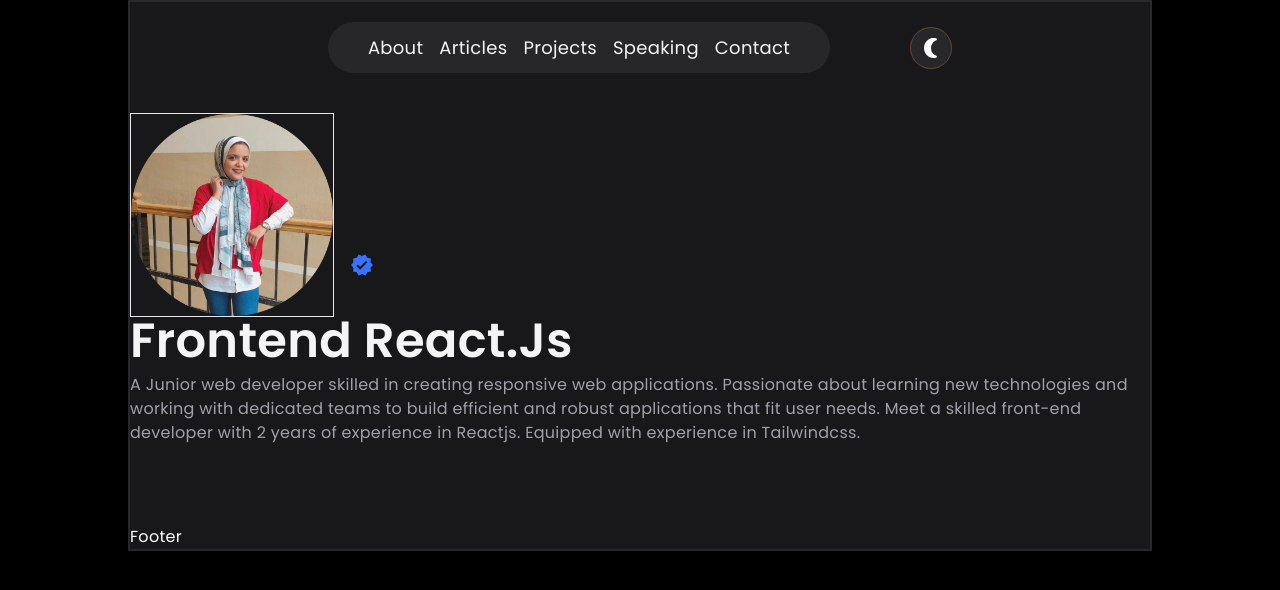
Repository: Wafaabahgat/Portfolio
Page: /
These files come from the project's save history. The page is drawn as it stood at one moment and after the next save; the edit follows.
The browser window is 1280 px wide. The pictures show the whole page.
The project was rebuilt for these pictures with package versions that can differ from the ones it lists, and the page was loaded fresh each time. Also part of the build but not shown: vite.config.ts, src/App.css, src/ErrorPage.tsx.

Above is the page before, as saved 2023-12-08 03:21:28.

After the next save:
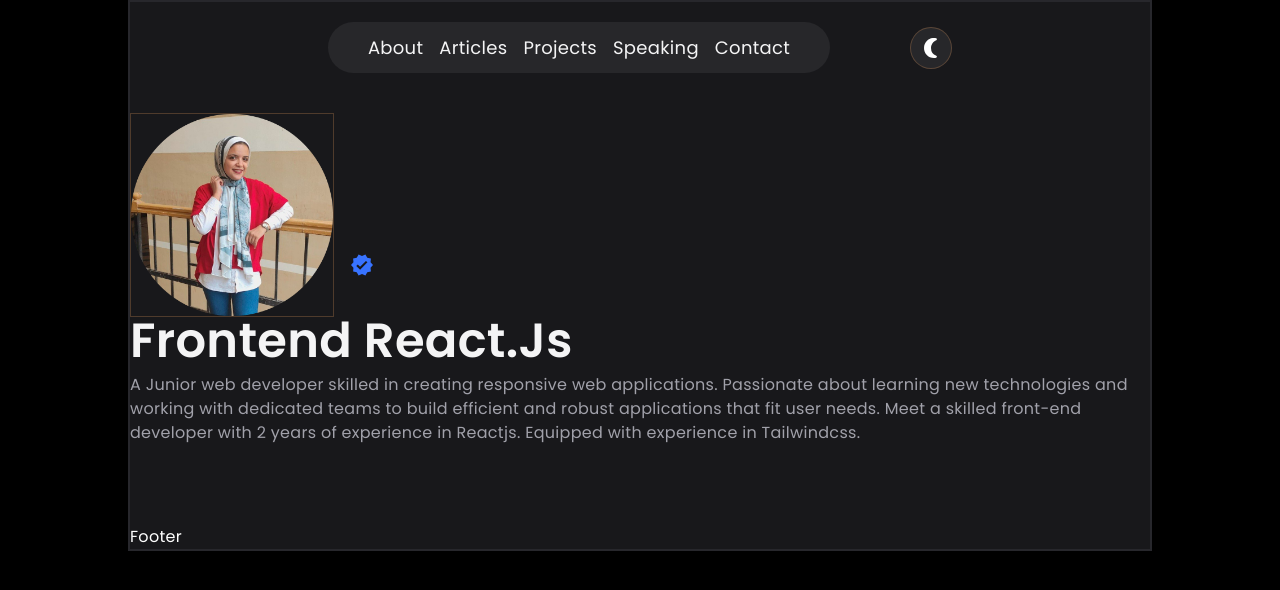
Saved 11 s later.
--- a/src/components/home/Hero.tsx
+++ b/src/components/home/Hero.tsx
@@ -10,7 +10,7 @@
       <div className="mt-10">
         <div>
           <div className="flex items-end gap-4">
-            <img src={avatar} className="w-[20%] border border-" />
+            <img src={avatar} className="w-[20%] border border-border-menu" />
             <MdVerified  className="text-2xl text-main-light mb-10"/>
           </div>
           <h1 className="text-main-title font-semibold text-5xl mb-2 capitalize">
